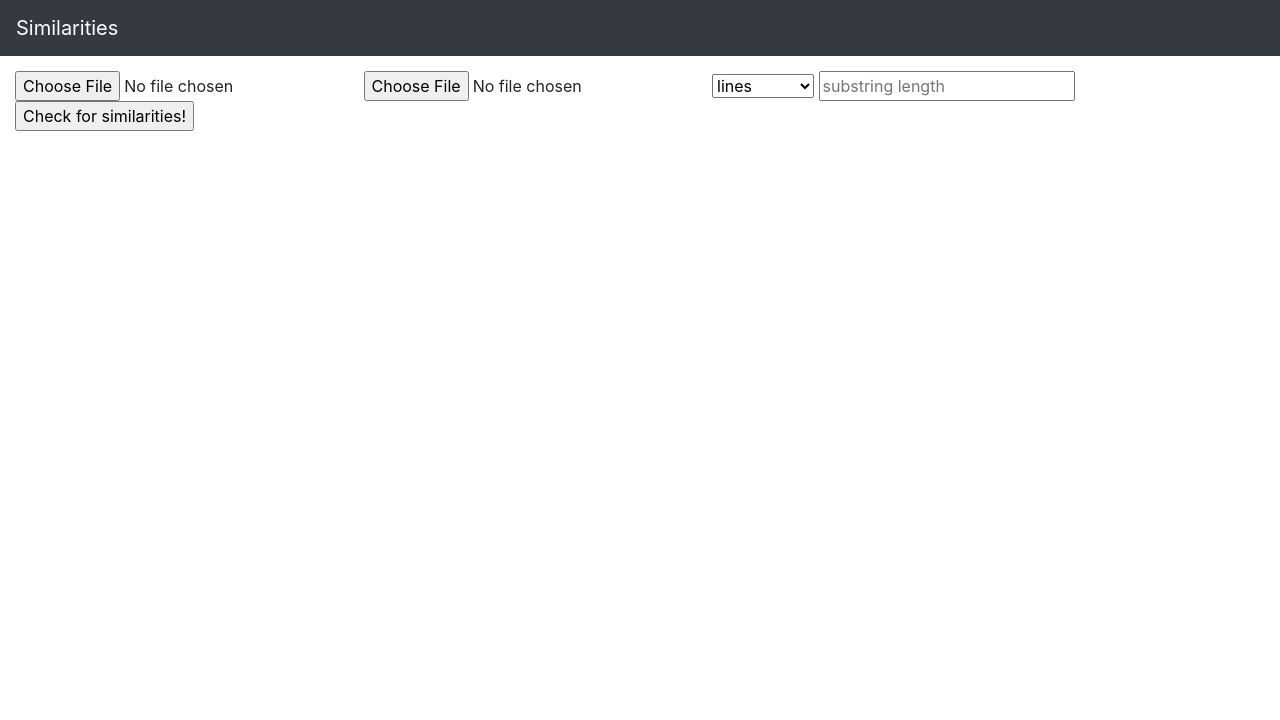
Repository: Watersilver/cs50
Page: http://localhost/
The author's editor kept a record of every edit. The page is drawn from the files as they stood at one moment, then again after the next edit.
The browser window is 1280 px wide. The pictures show the whole page.
Some web libraries are served in a nearby version. The page is served by the project's application, run on Flask 3 (pset6/similarities/less/application.py). Other server files are loaded and not shown.

Above is the page before.

### workspace/pset6/similarities/less/templates/index.html
{% extends "layout.html" %}

{% block body %}

    <div class="col">
        <form action="/compare" enctype="multipart/form-data" method="post">

            <input type="file" name="file1"/>

            <input type="file" name="file2"/>

            <select name="algorithm">
                <option>lines</option>
                <option>sentences</option>
                <option>substrings</option>
            </select>

            <input type="number" name="length" placeholder="substring length"/>

            <p> <button type="submit">Check for similarities!</button> </p>

        </form>
    </div>

{% endblock %}

### workspace/pset6/similarities/less/templates/layout.html
<!DOCTYPE html>

<html lang="en">
    <head>

        <!-- Required meta tags -->
        <meta charset="utf-8"/>
        <meta name="viewport" content="width=device-width, initial-scale=1, shrink-to-fit=no"/>

        <!-- Bootstrap CSS -->
        <link href="https://maxcdn.bootstrapcdn.com/bootstrap/4.0.0-beta/css/bootstrap.min.css" rel="stylesheet"/>

        <link href="/static/styles.css" rel="stylesheet"/>

        <title>Similarities</title>

    </head>
    <body>

        <nav class="navbar fixed-top navbar-dark bg-dark">
            <a class="navbar-brand" href="/">Similarities</a>
        </nav>

        <div class="container-fluid">
            <div class="row">
                {% block body %}{% endblock %}
            </div>
        </div>

        <!-- Optional JavaScript -->
        <script src="https://code.jquery.com/jquery-3.2.1.slim.min.js"></script>
        <script src="https://cdnjs.cloudflare.com/ajax/libs/popper.js/1.11.0/umd/popper.min.js"></script>
        <script src="https://maxcdn.bootstrapcdn.com/bootstrap/4.0.0-beta/js/bootstrap.min.js"></script>

    </body>
</html>

Loaded but not shown: workspace/pset6/similarities/less/application.py (common file); workspace/pset6/similarities/less/static/styles.css (common file)

After the next edit:
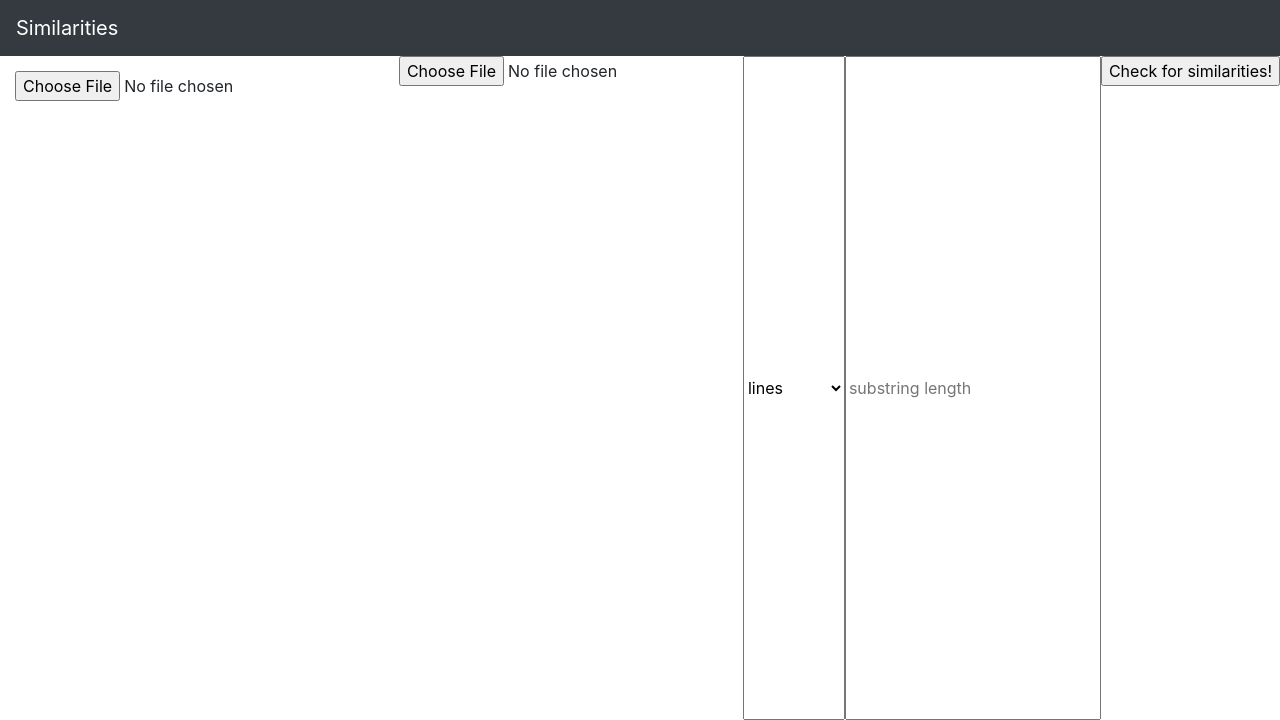
The edit:
--- a/workspace/pset6/similarities/less/templates/index.html
+++ b/workspace/pset6/similarities/less/templates/index.html
@@ -4,8 +4,9 @@
 
     <div class="col">
         <form action="/compare" enctype="multipart/form-data" method="post">
-
+            <div></div>
             <input type="file" name="file1"/>
+            </div>
 
             <input type="file" name="file2"/>
 
